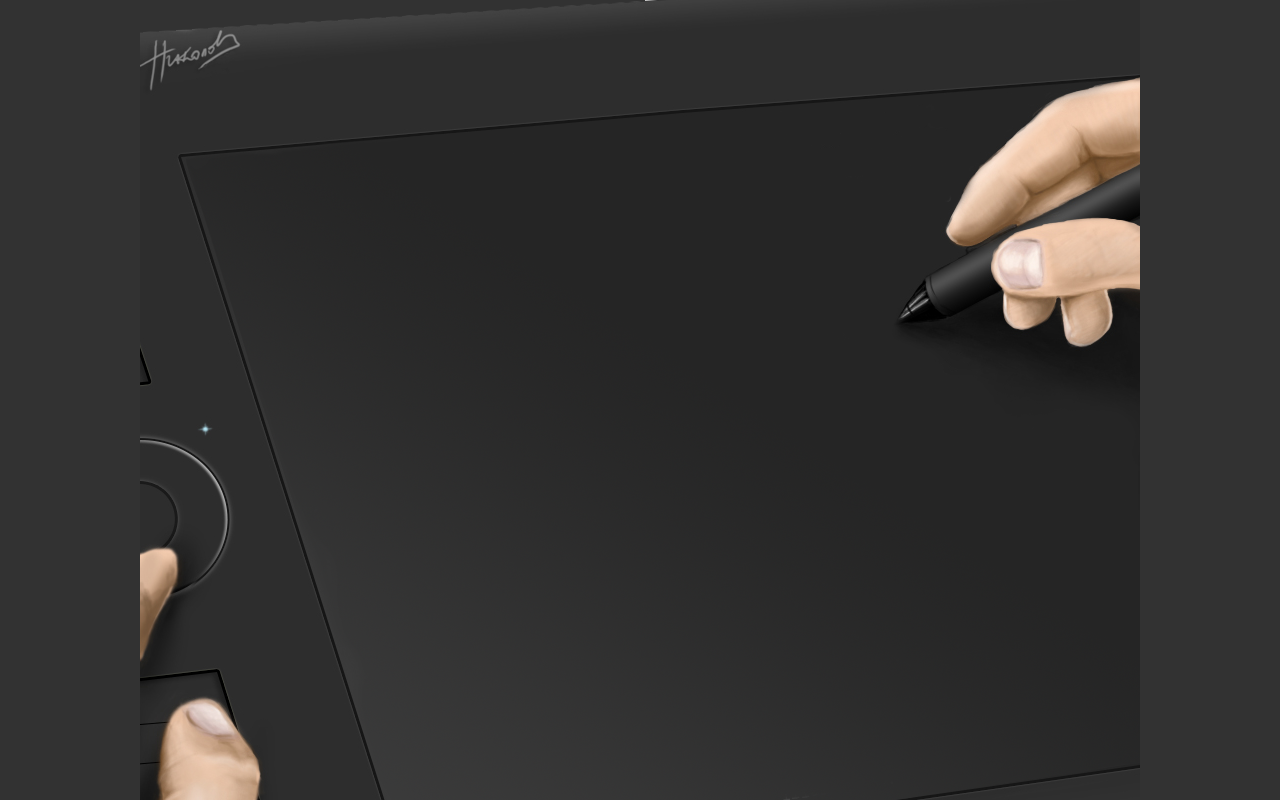
Repository: nikichanko/cv
Page: index.html
These files come from the project's save history. The page is drawn as it stood at one moment and after the next save; the edit follows.
The browser window is 1280 px wide. The pictures show the whole page.
After loading, the first visible `span` was clicked once.

Above is the page before, as saved 2018-08-10 00:38:23.

After the next save:
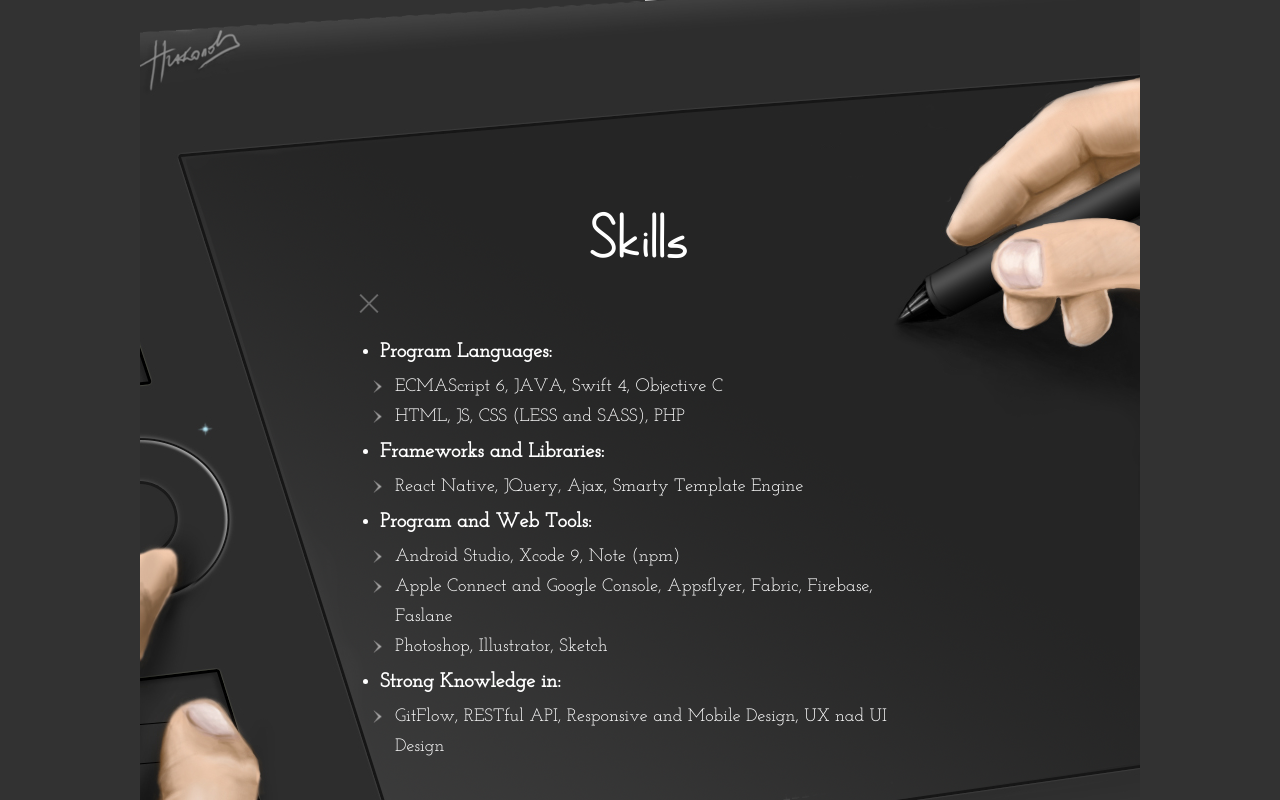
Saved 60 s later.
--- a/js/common.js
+++ b/js/common.js
@@ -11,12 +11,12 @@ var ps2 = new PerfectScrollbar(src2, options);
 var ps3 = new PerfectScrollbar(src3, options);
 
 $(".item span").on('click', function() {
-  var _t = this;
+  var _t = $(this).parents('.item');
   setTimeout(function(){
-    $(_t).next('.content').addClass('open');
+    _t.next('.content').addClass('open');
   },100);
   $('.item').each(function(i, v) {
-    if (!$(_t).is(v)) {
+    if (!_t.is(v)) {
       $(v).addClass('closed');
       $(v).next('.content').removeClass('open');
     }
